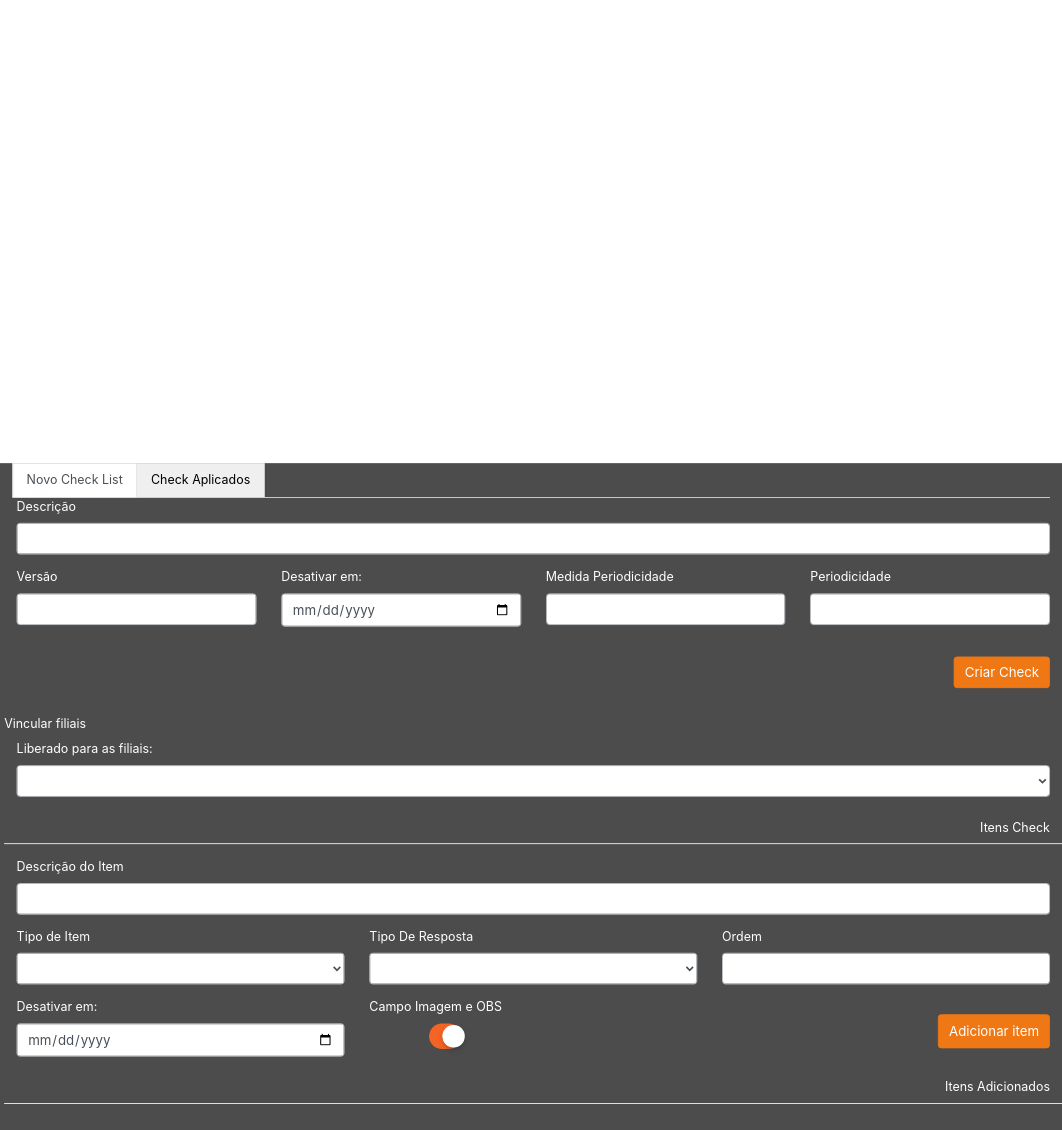
Repository: Conlog-SA/portal_operacional
Page: apps/safety_layout_checklist_app/templates/safety_layout_checklist_app/form_cad_layout_checklist.html
The author's editor kept a copy of each file at every save. The page is drawn from the files as they stood at one save, then again after the next save.
The browser window is 1280 px wide. The pictures show the whole page, at 83% of full size.
The template is drawn by Django 3.2. The application's start-up code is not run. Other server files are loaded and not shown. The template is opened directly, without the code that normally fills it, so the values that code supplies are empty.

Above is the page before, as saved 2023-11-17 08:59:40.

### apps/safety_layout_checklist_app/templates/safety_layout_checklist_app/form_cad_layout_checklist.html
{% load static %}

{% block link_static_css %}
    <link rel="stylesheet" href="{% static 'css/cores.css' %}" />
    <link rel="stylesheet" href="{% static 'css/toggle_switch.css' %}" />
    <link rel="stylesheet" href="{% static 'css/loader.css' %}" />
    <link rel="stylesheet" href="{% static 'css/seguranca_safety_app/seguranca_safety.css' %}" />
    <link rel="stylesheet" href="{% static 'libs/bootstrap_4/css/bootstrap.min.css' %}" />

{% endblock %}

<div class="d-flex flex-column h-100 align-items-center justify-content-start text-white w-95" style="margin-right: 0px; width:100%;">
   <div class="mt-3 d-flex align-items-end justify-content-between div_Titulo" style="padding-bottom:15px;">
       <div class="d-flex align-items-center justify-content-center">
            <i class="fa-solid fa-truck-fast" style="font-size:50px; margin-left:0px; margin-right:15px; color:#cf6a15;"></i>
           <h1 class="titlePadraoMenu" style="margin-left:0px;">Safety</h1>
       </div>
       <img class="logo_cabecalho" src="{% static 'icons/logo-branca.png' %}" >
   </div>
    <div class="containerApp w-95">
        <div class="form-group form_div_check w-100" >
            <div class="col-md-12 w-100 h-100">
                <nav>
                    <div class="nav nav-tabs" id="myTab" role="tablist">
                      <button class="nav-link active tabs-nav" id="a_tab_new_check" data-bs-toggle="tab"
                         data-bs-target="#div_tab_new_check"  type="button" role="tab"
                         aria-controls="div_tab_new_check"
                         aria-selected="true" style="border-radius:0px 0px 0 0; font-size:15px">
                         Novo Check List
                         <i class="fa-solid fa-filter" style="color: #f46424;"></i>
                      </button>
                      <button class="nav-link tabs-nav" id="a_tab_check_criados" data-bs-toggle="tab"
                         data-bs-target="#div_check_criados" type="button" role="tab"
                         aria-controls="div_check_criados"
                         aria-selected="false" style="border-radius:0px 0px 0 0; font-size:15px" >
                         Check Aplicados
                        <i class="fa-solid fa-pen-to-square" style="color: #f46424"></i>
                      </button>
                    </div>
                </nav>
                <div class="tab-content" style="border-radius:0 0 10px 10px; font-size:15px">
                    <div class="tab-pane active" id="div_tab_new_check" role="tabpanel" aria-labelledby="a_tab_new_check" style="padding-left:5px;">
                        <form id="form_new_check_list" name="form_nem_check_list">
                          <div class="row">
                             <div class="form-group col-sm-12">
                               <label for="descricao_new_check"> Descrição </label>
                               <input type="text" class="form-control" id="descricao_new_check">
                             </div>
                             <div class="form-group col-sm-3">
                               <label for="versao_new_check">Versão</label>
                               <input type="text" class="form-control" id="versao_new_check">
                             </div>
                             <div class="form-group col-sm-3">
                               <label for="desativar_new_check_date">Desativar em:</label>
                               <input type="date" class="form-control" id="desativar_new_check_date">
                             </div>
                             <div class="form-group col-sm-3">
                               <label for="medida_periodicidade_new_check">Medida Periodicidade</label>
                               <input type="text" class="form-control" id="medida_periodicidade_new_check">
                             </div>
                             <div class="form-group col-sm-3">
                              <label for="periodicidade_new_check">Periodicidade</label>
                              <input type="text" class="form-control" id="periodicidade_new_check">
                            </div>
                             <div class="form-group col-sm-12 w-15 d-flex justify-content-end" style="margin-top:10px; margin-botton:10px">
                                <button type="button" class="btn btn-primary btn-form btn-cadastro" id="btn_new_check"
                                 name="btn_new_check" style="margin-top:10px; margin-botton:10px">
                                 <i class="fa-solid fa-folder-plus"></i>
                                  Criar Check </button>
                             </div>
                             <div class="d-flex justify-content-between align-items-between mt-3 w-100">
                                <label><i class="fa-solid fa-code-compare"></i>Vincular filiais</label>
                             </div>
                             <div class="form-group col-sm-12 d-flex align-items-start" style="margin-bottom:0px;">
                                 <label>Liberado para as filiais:</label>
                              </div>
                             <div class="form-group col-sm-12">
                                <select class="selectpicker form-control"
                                        id="liberado_filiais" name="liberado_filiais" placeholder="Liberado Filiais" required>
                                </select>
                             </div>
                             <div class="form-group col-sm-12 d-flex justify-content-end divider" style="margin-top:10px">
                                <label>Itens Check</label>
                             </div>
                              <div class="form-group col-sm-12">
                                   <label for="descricao_item_check"> Descrição do Item</label>
                                   <input type="text" class="form-control" id="descricao_item_check">
                             </div>
                             <div class="form-group col-sm-4">
                                   <label for="select_tipo_item">Tipo de Item</label>
                                   <select class="selectpicker form-control"
                                           id="select_tipo_item" name="select_tipo_item" placeholder="Tipo de Item" required>
                                   </select>
                             </div>
                             <div class="form-group col-sm-4">
                                <label for="select_tipo_resposta">Tipo De Resposta</label>
                                <select class="selectpicker form-control"
                                        id="select_tipo_resposta" name="select_tipo_resposta"
                                        placeholder="Tipo de Resposta" required>
                                </select>
                              </div>
                              <div class="form-group col-sm-4">
                                <label for="input_ordem_check">Ordem</label>
                                <input type="text" class="form-control" id="input_ordem_check">
                              </div>
                              <div class="form-group col-sm-4">
                                <label for="desativar_item_date">Desativar em:</label>
                                <input type="date" class="form-control" id="desativar_item_date">
                              </div>
                              <div class="form-group col-sm-2 check-box">
                                  <div class="label">
                                    <label for="obs_imagem_check_box"> Campo Imagem e OBS</label>
                                  </div>
                                  <div class="container" style="padding-right: 72px; padding-left: 72px;">
                                      <input type="checkbox" checked="checked" class="checkbox" name="obs_imagem_check_box" id="obs_imagem_check_box" style="width:10px; height:10px;">
                                      <label class="switch" for="obs_imagem_check_box">
                                      <span class="slider"></span>
                                        </label>
                                  </div>
                              </div>
                              <div class="form-group  col-md-6 w-15 d-flex justify-content-end" style="margin-top:10px; margin-botton:10px;">
                                <button type="button" class="btn btn-primary btn-form btn-cadastro" id="btn_new_item"
                                name="btn_new_item" style="margin-bottom: 10px;margin-top: 10px;">
                                <i class="fa-solid fa-file-circle-plus"></i>
                                Adicionar item</button>
                             </div>
                             <div class="form-group col-sm-12 d-flex justify-content-end divider">
                              <label>Itens Adicionados</label>
                           </div>
                          </div>
                        </form>
                    </div>
                    <div class="tab-pane" id="div_check_criados" role="tabpanel" aria-labelledby="a_tab_check_criados">
                       <form id="form_check_aplicados" name="form_check_aplicados" method="POST" style="margin-left:10px; margin-right:10px;">
                          <div class="row">
                              <div class="col md-5">
                                  <label for="filial_check_aplicado">Filial</label>
                                  <select class="selectpicker form-control" id="filial_check_aplicado" name="filial_check_aplicado">
                                  </select>
                              </div>
                          </div>
                       </form>
                    </div>
                </div>
            </div>
        </div>
    </div>
</div>


<script src="https://code.jquery.com/jquery-3.6.0.min.js"></script>
<script src="{% static 'libs/bootstrap_4/js/bootstrap.min.js' %}"></script>

### static/css/cores.css
:root{
    --cor_bg_login: rgba(24, 27, 30, 0.90);
    --cor_cinza_escuro: #515457;
    --cor_cinza_claro: #9fa3a7;
    --cor_cinza_claro2: #d0d0d0;
    --cor_branco: #e6e4e4;
    --cor_bg_solido: #181b1e;
    --cor_bg_solido_claro:#343537;
    --cor_bg_cinza_escuro: rgba(33,37,41,0.9) !important;
    --cor_bg_cinza_escuro_cabecalho: rgba(33,37,41,0.7) !important;
    --cor_bg_modais_body: #DCDCDC;

    --cor_empresa: #f46424;
    --cor_empresa_hover: #df5b23;
    --cor_empresa_active: #b24110;

    --bs-accordion-btn-focus-box-shadow_custom: 0 0 0 0.25rem rgba(244, 100, 36, 0.25);

    --bs-accordion-btn-active-icon_custom:url('');

    --cor_card_chamado_hover: #ccccce;
    --cor_card_chamado_active: #999999;
    --cor_chamado_emergencial: #b30f04;
    --cor_branco: #fff;
    /* --cor_branco_escuro: #969393; */
    --cor_card_a_atender: #e3f8f5;
    --cor_card_atendendo: #e1ffe4;;
    --cor_card_em_espera: #fdf9c6;
}

### static/css/toggle_switch.css
/* Remove this container when use*/
.component-title {
    width: 100%;
    position: absolute;
    z-index: 999;
    top: 30px;
    left: 0;
    padding: 0;
    margin: 0;
    font-size: 1rem;
    font-weight: 700;
    color: #888;
    text-align: center;
  }

  /* The switch - the box around the slider */
  .container {
    width: 77px;
    height: 31px;
    position: relative;
  }

  /* Hide default HTML checkbox */
  .checkbox {
    opacity: 0;
    width: 0;
    height: 0;
    position: absolute;
  }

  .switch {
    width: 100%;
    height: 100%;
    display: block;
    background-color: #e9e9eb;
    border-radius: 16px;
    cursor: pointer;
    transition: all 0.2s ease-out;
  }

  /* The slider */
  .slider {
    width: 27px;
    height: 27px;
    position: absolute;
    left: calc(50% - 27px/2 - 10px);
    top: calc(50% - 27px/2);
    border-radius: 50%;
    background: #FFFFFF;
    box-shadow: 0px 3px 8px rgba(0, 0, 0, 0.15), 0px 3px 1px rgba(0, 0, 0, 0.06);
    transition: all 0.2s ease-out;
    cursor: pointer;
  }

  .checkbox:checked + .switch {
    background-color: #f46424;
  }

  .checkbox:checked + .switch .slider {
    left: calc(50% - 27px/2 + 10px);
    top: calc(50% - 27px/2);
  }

  .cursor-pointer{
    cursor: pointer;
  }

### static/css/loader.css
.loader {
  /* display: flex; */
  margin-left: 1.5rem;
  align-items: center;
  /* width: 50px;
  height: 50px; */
  position: relative;
  display: none;
}

.loader:before {
  align-items: center;
  display: flex;
  content: "";
    position: absolute;
    top: -10px;
    left: -10px;
    right: -10px;
    bottom: -10px;
    border-radius: 50%;
    /* width: 50px;
    height: 50px; */
  }

  .loader-inner {
    display: flex;
    justify-content: center;
    align-items: center;
    position: relative;
  }

  .loader-block {
    display: inline-block;
    width: 10px;
    height: 10px;
    margin: 2px;
    background-color: #f46424;
    box-shadow: 0 0 20px #f46424;
    animation: loader_562 1.2s cubic-bezier(0.5, 0, 0.5, 1) infinite;
  }

  .loader-block:nth-child(1) {
    animation-delay: 0.1s;
  }

  .loader-block:nth-child(2) {
    animation-delay: 0.2s;
  }

  .loader-block:nth-child(3) {
    animation-delay: 0.3s;
  }

  .loader-block:nth-child(4) {
    animation-delay: 0.4s;
  }

  .loader-block:nth-child(5) {
    animation-delay: 0.5s;
  }

  .loader-block:nth-child(6) {
    animation-delay: 0.6s;
  }

  .loader-block:nth-child(7) {
    animation-delay: 0.7s;
  }

  .loader-block:nth-child(8) {
    animation-delay: 0.8s;
  }

  @keyframes loader_562 {
    0% {
      transform: scale(1);
      box-shadow: 0 0 20px rgba(255, 255, 255, 0.5);
    }

    20% {
      transform: scale(1, 2.5);
      box-shadow: 0 0 50px rgba(255, 255, 255, 0.7);
    }

    40% {
      transform: scale(1);
      box-shadow: 0 0 20px rgba(255, 255, 255, 0.5);
    }
  }

### static/css/seguranca_safety_app/seguranca_safety.css
.containerApp {
    background: rgba(0, 0, 0, 0.7); /* Cor preta com 50% de opacidade */
    color: white; /* Cor do texto, por exemplo, branco */
}

label[for="liberado_filiais"] {
    text-align: left !important; /* Tente usar !important para forçar a aplicação do estilo */
}

.divider {
    border-bottom: 1px solid #ffffff; /* Adicione a cor e largura desejadas para a linha */
    margin-top: 10px;
  }

.btn-cadastro{
    background-color: #ef7814 !important;
    border-color: #ef7814 !important;

}

Loaded but not shown: static/libs/bootstrap_4/css/bootstrap.min.css (library); static/libs/bootstrap_4/js/bootstrap.min.js (library)

After the next save:
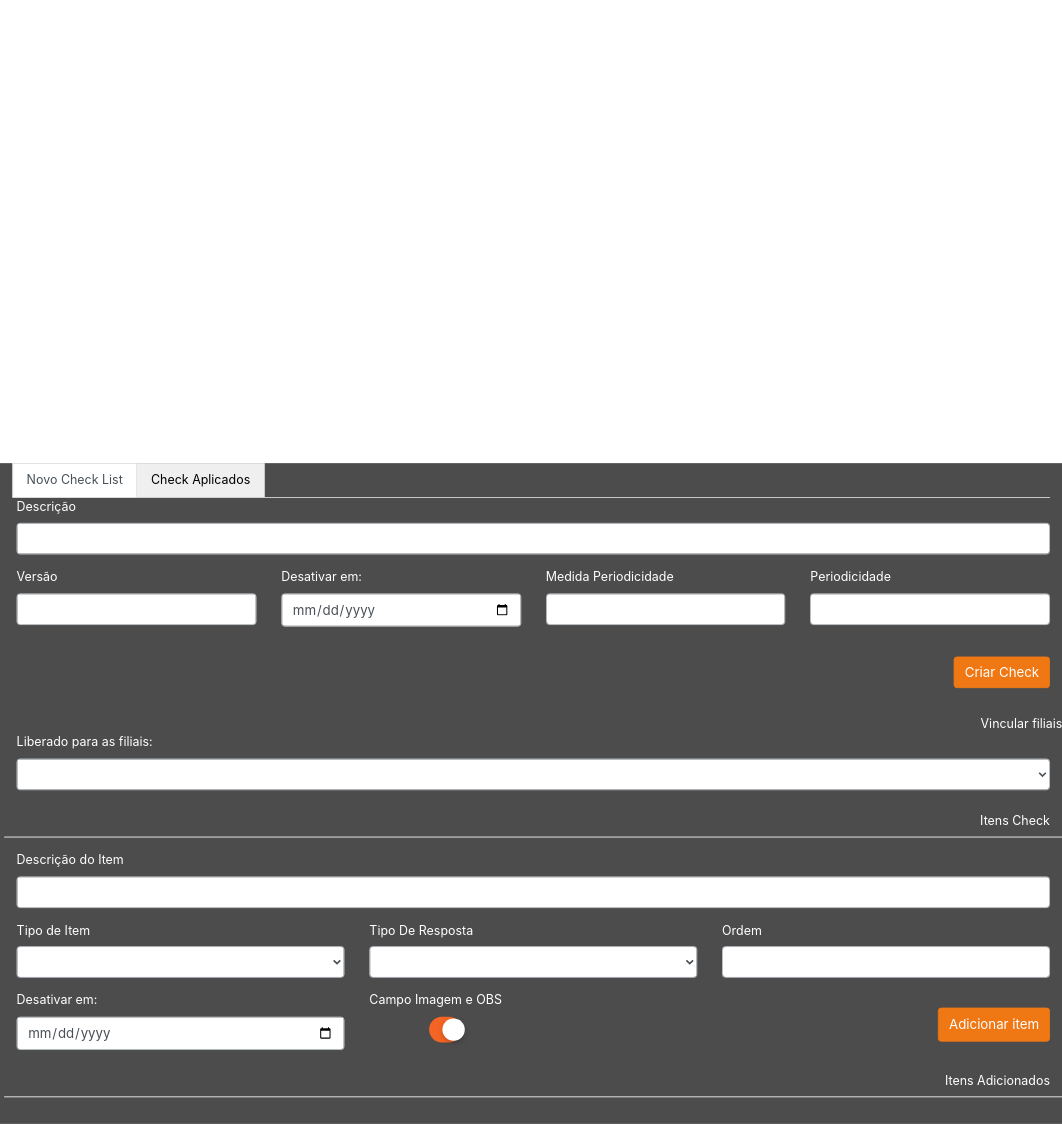
Saved 19 s later.
--- a/apps/safety_layout_checklist_app/templates/safety_layout_checklist_app/form_cad_layout_checklist.html
+++ b/apps/safety_layout_checklist_app/templates/safety_layout_checklist_app/form_cad_layout_checklist.html
@@ -69,7 +69,7 @@
                                   Criar Check </button>
                              </div>
                              <div class="d-flex justify-content-between align-items-between mt-3 w-100">
-                                <label><i class="fa-solid fa-code-compare"></i>Vincular filiais</label>
+                                <i class="fa-solid fa-code-compare"></i>Vincular filiais
                              </div>
                              <div class="form-group col-sm-12 d-flex align-items-start" style="margin-bottom:0px;">
                                  <label>Liberado para as filiais:</label>
